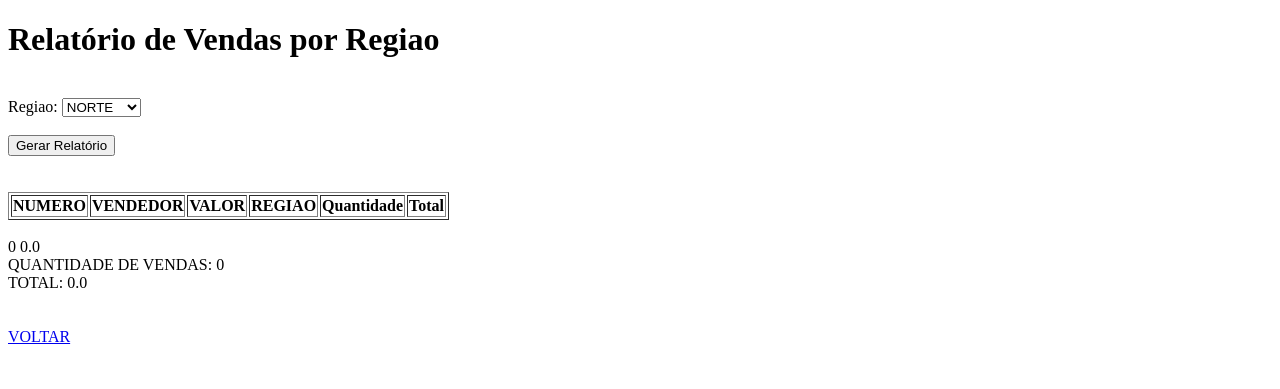
Repository: gabriellacrystina/workspaceWeb
Page: http://localhost/PrjVendas/RelatorioVendasRegiao.jsp
These files come from the project's save history. The page is drawn as it stood at one moment and after the next save; the edit follows.
The browser window is 1280 px wide. The pictures show the whole page.
The page is served by Tomcat 9.

Above is the page before, as saved 2015-09-23 19:30:05.

After the next save:
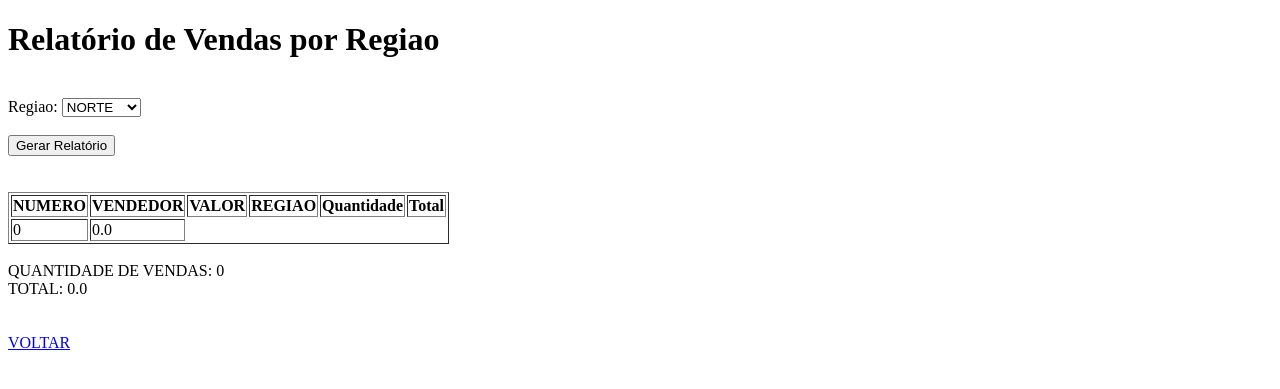
Saved 27 s later.
--- a/PrjVendas/WebContent/RelatorioVendasRegiao.jsp
+++ b/PrjVendas/WebContent/RelatorioVendasRegiao.jsp
@@ -60,9 +60,10 @@
 					}
 				}
 			%>
-		</table><br>
 		<td><%=qtde%></td>
 		<td><%=total%></td>
+		</table><br>
+
 		<div>
 			QUANTIDADE DE VENDAS: <%=qtde%><br>
 			TOTAL: <%=total%>
